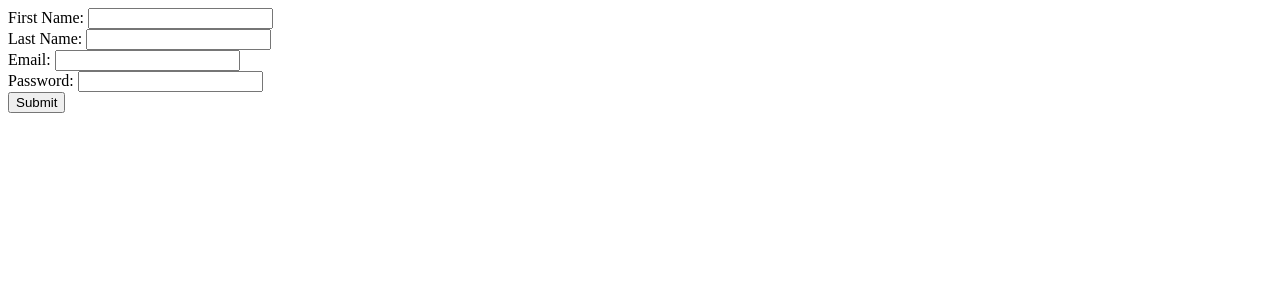
Repository: harshitanthal1/assignments_avisoft
Page: avisoft/day_3/index.html
These files come from the project's save history. The page is drawn as it stood at one moment and after the next save; the edit follows.
The browser window is 1280 px wide. The pictures show the whole page.

Above is the page before, as saved 2024-02-02 11:19:49.

### avisoft/day_3/index.html
<!DOCTYPE html>
<html lang="en">
<head>
    <meta charset="UTF-8">
    <meta name="viewport" content="width=device-width, initial-scale=1.0">
    <title>Form</title>
</head>
<body>
    <form>
        <label for="f-name">First Name: </label>
        <input name="fname" id="f-name" type="text" >
        <br>
        <label for="l-name">Last Name: </label>
        <input name="lname" id="l-name" type="text" >
        <br>
        <label for="e-mail">Email: </label>
        <input name="email" id="e-mail" type="email" >
        <br>
        <label for="password">Password: </label>
        <input name="Password" id="password" type="password" >
        <br>
        <input type="submit" >
    </form>
</body>
</html>

After the next save:
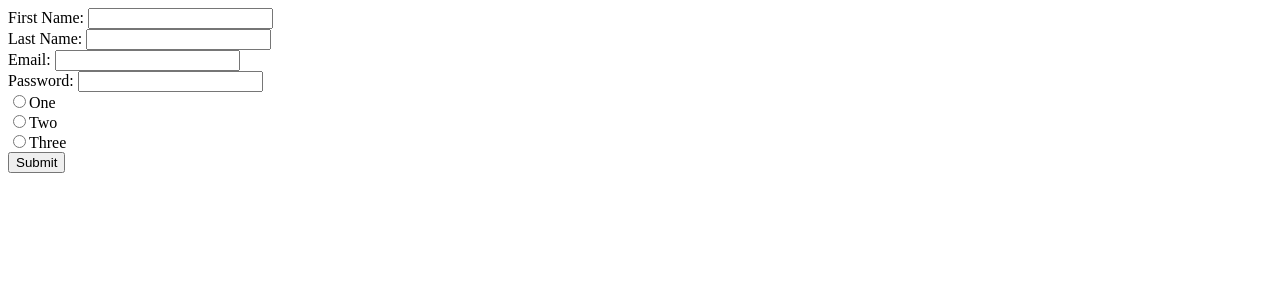
Saved 6 min 19 s later.
--- a/avisoft/day_3/index.html
+++ b/avisoft/day_3/index.html
@@ -19,6 +19,14 @@
         <label for="password">Password: </label>
         <input name="Password" id="password" type="password" >
         <br>
+
+        <input type="radio" name="radio-val" >One
+        <br>
+        <input type="radio" name="radio-val" >Two
+        <br>
+        <input type="radio" name="radio-val" >Three
+        <br>
+
         <input type="submit" >
     </form>
 </body>
